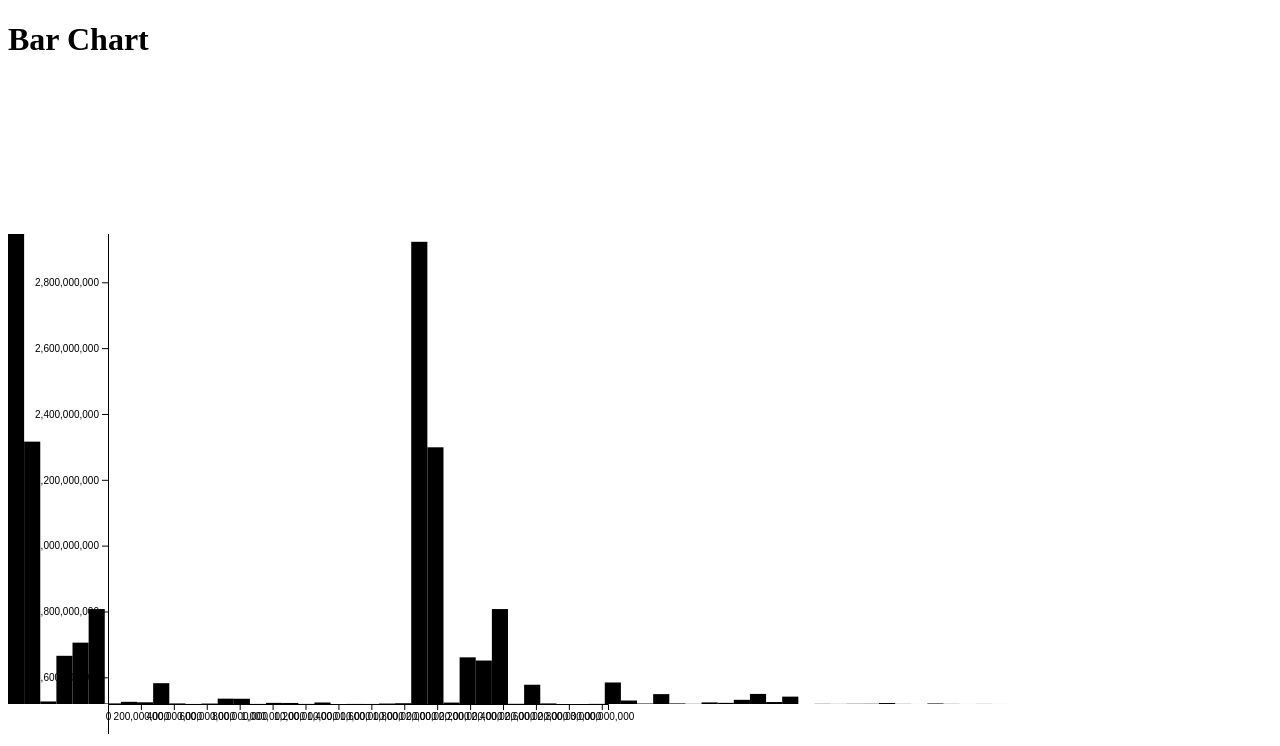
Repository: komalharjani/d3js-visualisation
Page: index.html
The author's editor kept a copy of each file at every save. The page is drawn from the files as they stood at one save, then again after the next save.
The browser window is 1280 px wide. The pictures show the whole page.

Above is the page before, as saved 2020-04-29 18:22:41.

After the next save:
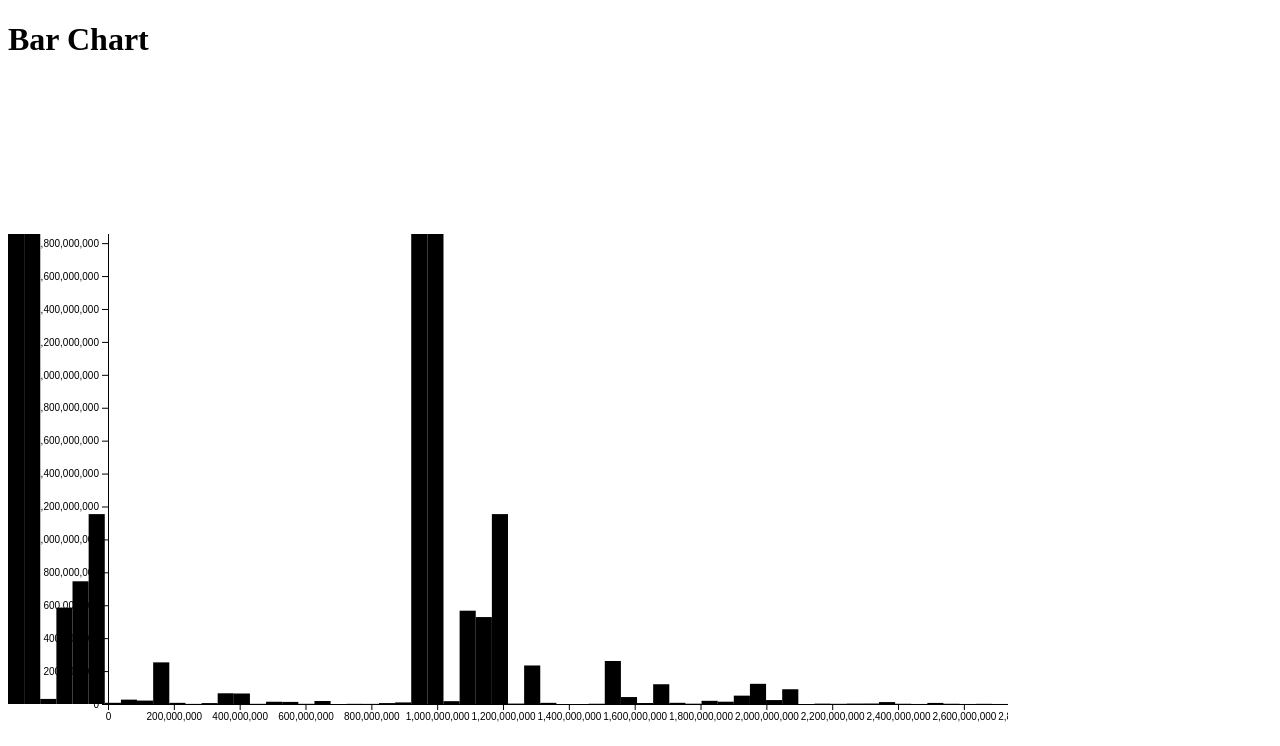
Saved 18 s later.
--- a/index.js
+++ b/index.js
@@ -35,11 +35,11 @@ d3.csv(dataPath)
                 //Scales
                 let xscale = d3.scaleLinear()
                         .domain([0, d3.max(finals, d => d.amount)])
-                        .range([0, height]);
+                        .range([0, width]);
 
                 let yscale = d3.scaleLinear()
                         .domain([0, d3.max(finals, d => d.amount)])
-                        .range([width, 0]);
+                        .range([height, 0]);
 
                 // text scales
                 // let yscale = d3.scaleBand()
